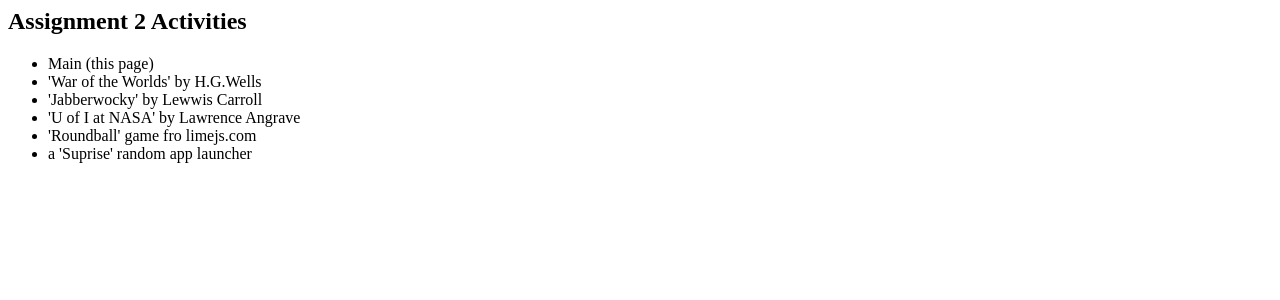
Repository: hdemby/workspace
Page: DroidProj2/assets/index.html
These files come from the project's save history. The page is drawn as it stood at one moment and after the next save; the edit follows.
The browser window is 1280 px wide. The pictures show the whole page.

Above is the page before, as saved 2014-11-24 02:15:50.

After the next save:
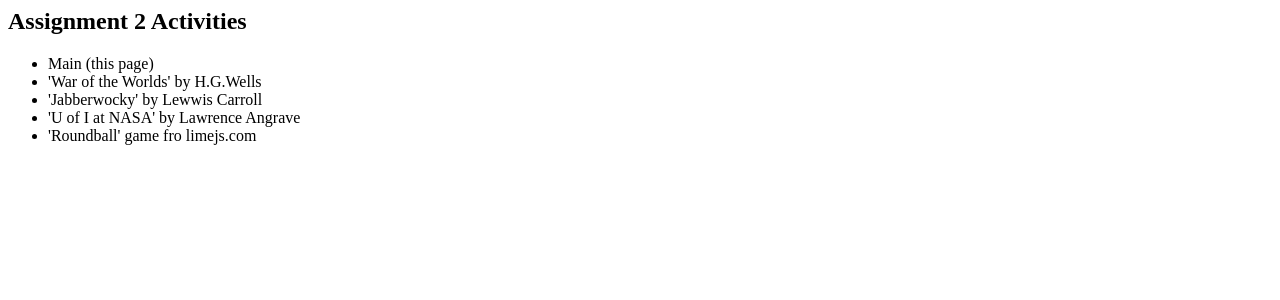
Saved 2 min 12 s later.
--- a/DroidProj2/assets/index.html
+++ b/DroidProj2/assets/index.html
@@ -10,7 +10,6 @@
 <li>'Jabberwocky' by Lewwis Carroll</li>
 <li>'U of I at NASA' by Lawrence Angrave</li>
 <li>'Roundball' game fro  limejs.com</li>
-<li>a 'Suprise' random app launcher</li>
 </ul>
 
 </body>
